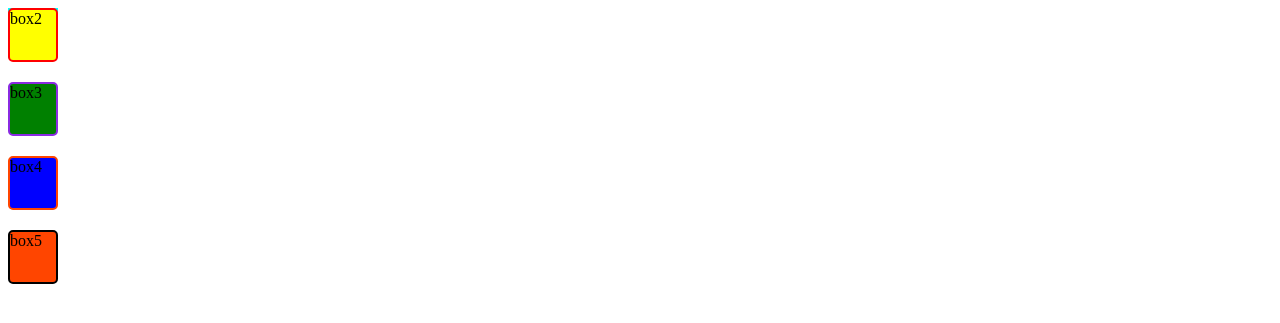
Repository: ABDUSALIMSUBAHIELBASHI/full-html-css-js
Page: Desktop/coding/css/indexday2.html
An editor plug-in stored every save of this project. The page is shown before and after the next save, followed by the edit.
The browser window is 1280 px wide. The pictures show the whole page.

Above is the page before, as saved 2025-09-16 10:52:23.

### Desktop/coding/css/indexday2.html
<!DOCTYPE html>
<html lang="en">

<head>
    <meta charset="UTF-8">
    <link rel="stylesheet" href="indexday2.css">

    <title>Document</title>
</head>
<body>
<div id="box" class="container">
    <div id="box" class="box2">box2</div>
    <div id="box" class="box3">box3</div>
    <div id="box" class="box4">box4</div>
    <div id="box" class="box5">box5</div>
</div>
</body>

</html>

### Desktop/coding/css/indexday2.css
.container{
    display: flex;
    flex-wrap: wrap;
    gap: 20px;
    background-color: aqua;
    justify-content: space-evenly;
    justify-items: center;
}
#box{
    width: 50px;
    height: 50px;
}
.box2{
    background-color: yellow;
    width: 50px;
    height: 20px;
    border-radius: 5px;
    border: 2px solid red;
}
.box3{
 background-color:green;
    width: 50px;
    height: 20px;
    border-radius: 5px;
    border: 2px solid blueviolet;
}

.box4{
 background-color: blue;
    width: 50px;
    height: 20px;
    border-radius: 5px;
    border: 2px solid orangered;
}

.box5{
 background-color: orangered;
    width: 50px;
    height: 20px;
    border-radius: 5px;
    border: 2px solid black;
}

After the next save:
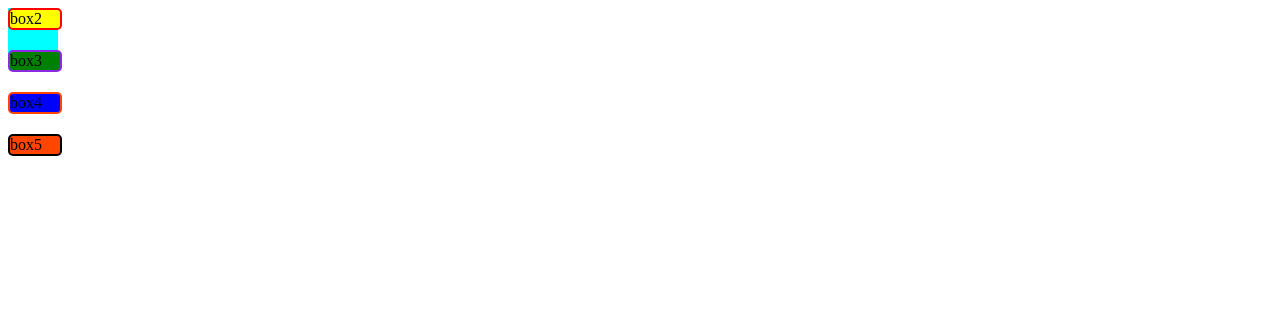
Saved 51 s later.
--- a/Desktop/coding/css/indexday2.css
+++ b/Desktop/coding/css/indexday2.css
@@ -1,6 +1,6 @@
 .container{
     display: flex;
-    flex-wrap: wrap;
+    flex-direction: column;
     gap: 20px;
     background-color: aqua;
     justify-content: space-evenly;
